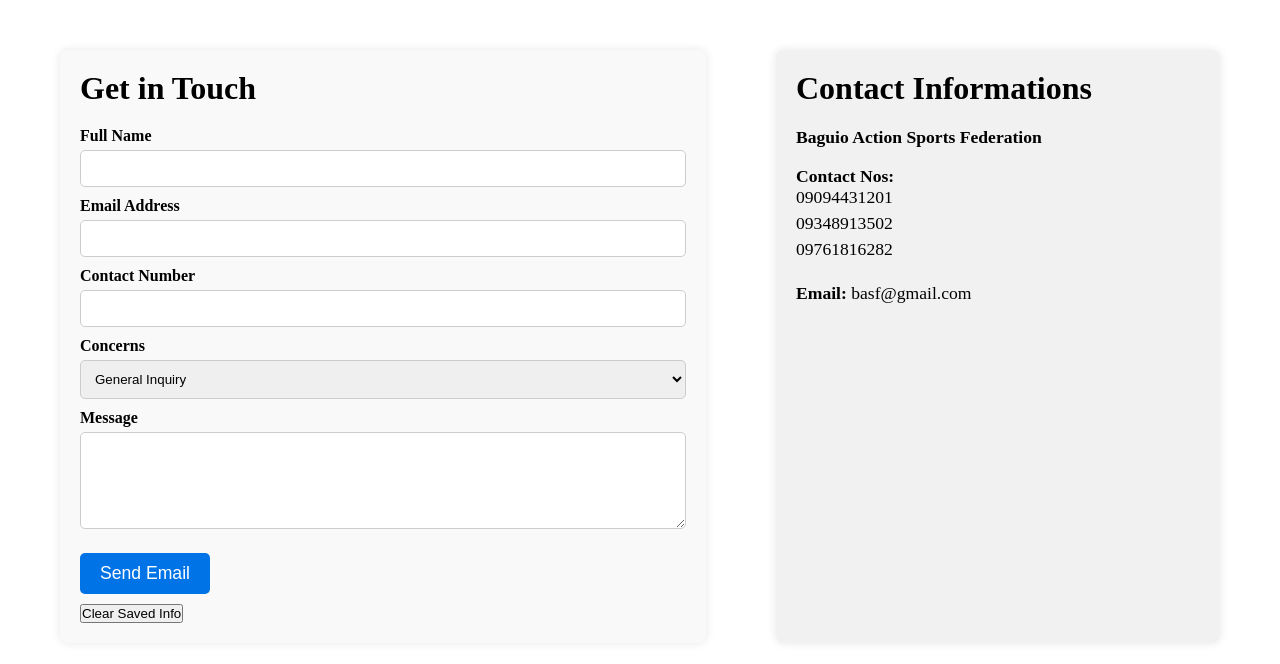
Repository: KharonKade/Capstone
Page: contactUs.html
An editor plug-in stored every save of this project. The page is shown before and after the next save, followed by the edit.
The browser window is 1280 px wide. The pictures show the part of the page from y = 300 to 964 px (the page is 1561 px tall before and 1532 px after).
A picture or video elsewhere on the page could not be fetched, so the positions and the page height are approximate.

Above is the page before, as saved 2025-02-28 08:51:34.

### contactUs.html
<!DOCTYPE html>
<html lang="en">
<head>
    <meta charset="UTF-8">
    <meta name="viewport" content="width=device-width, initial-scale=1.0">
    <title>Contact Us Page</title>
    <link rel="stylesheet" href="Css/contactUs.css">
</head>
<body>
    <header>
        <nav class="navbar">
            <img src="images/logo.png" alt="BASF Logo" class="logo">
            <div class="nav-center">
                <ul class="nav-links">
                    <li><a href="index.php">Home</a></li>
                    <li><a href="spots.html">Spots</a></li>
                    <li><a href="event.php">Events</a></li>
                    <li><a href="gallery.html">Gallery</a></li>
                    <li><a href="sponsorship.html">Sponsorship</a></li>
                    <li><a href="contactUs.html">Contact Us</a></li>
                </ul>
            </div>
        </nav>
    </header>

    <section class="event-hero">
        <div class="event-hero-content">
            <h1>Contact Us</h1>
            <h2>Questions & Inqueries</h2>
        </div>
    </section>

    <section class="contact-container">
        <!-- Left Side: Contact Form -->
        <div class="contact-form">
            <h3>Get in Touch</h3>
            <form action="sendEmail.php" method="post">
                <label for="fullName">Full Name</label>
                <input type="text" id="fullName" name="fullName" required>

                <label for="email">Email Address</label>
                <input type="email" id="email" name="email" required>

                <label for="contactNumber">Contact Number</label>
                <input type="tel" id="contactNumber" name="contactNumber" required>

                <label for="concerns">Concerns</label>
                <select id="concerns" name="concerns" required>
                    <option value="General Inquiry">General Inquiry</option>
                    <option value="Event Inquiry">Event Inquiry</option>
                    <option value="Sponsorship Inquiry">Sponsorship Inquiry</option>
                    <option value="Feedback">Feedback</option>
                </select>

                <label for="message">Message</label>
                <textarea id="message" name="message" rows="5" required></textarea>

                <button type="submit" class="send-email-button">Send Email</button>
            </form>
        </div>

        <!-- Right Side: Contact Details -->
        <div class="contact-details">
            <h3>Contact Informations</h3>
            <p><strong> Baguio Action Sports Federation</strong></p>
            <br>
            <p><strong>Contact Nos:</strong></p>
            <ul>
                <li>09094431201</li>
                <li>09348913502</li>
                <li>09761816282</li>
            </ul>
            <br>
            <p><strong>Email:</strong> basf@gmail.com</p>
        </div>
    </section>

    <div class="advertisement">
        <a href="https://www.vans.com/en-us/shoes-c00081/old-skool-shoe-pvn000d3hy28" target="_blank">
            <div class="ad-container">
                <img src="images/vansads.png" alt="Advertisement">
                <span class="ad-label">Ads</span>
            </div>
        </a>
    </div>

    <footer class="footer">
        <!-- BASF Logo Section -->
        <div class="footer-section logo-section">
            <img src="images/logo.png" alt="BASF Logo" class="footer-logo">
        </div>

        <!-- Explore Us Section -->
        <div class="footer-section explore-section">
            <h3>Explore Us</h3>
            <ul>
                <li><a href="index.html">Home</a></li>
                <li><a href="skateboard.html">Skateboarding</a></li>
                <li><a href="inline.html">In-Line</a></li>
                <li><a href="bmx.html">BMX</a></li>
                <li><a href="spots.html">Spots</a></li>
                <li><a href="event.html">Events</a></li>
                <li><a href="gallery.html">Gallery</a></li>
                <li><a href="sponsorship.html">Sponsorship</a></li>
                <li><a href="contactUs.html">Contact Us</a></li>
            </ul>
        </div>

        <!-- Contact Us Section -->
        <div class="footer-section contact-section">
            <h3>Contact Us</h3>
            <ul>
                <li>09094431201</li>
                <li>09348913502</li>
                <li>09761816282</li>
                <li>basf@gmail.com</li>
            </ul>
        </div>

        <!-- Connect with Us Section -->
        <div class="footer-section social-section">
            <h3>Connect with us</h3>
            <div class="social-icons">
                <a href="https://facebook.com"><img src="images/fblogo.png" alt="Facebook"></a>
                <a href="https://instagram.com"><img src="images/iglogo.png" alt="Instagram"></a>
            </div>
        </div>

        <!-- Supported by Section -->
        <div class="footer-section supported-section">
            <h3>Supported by</h3>
            <img src="images/vanlogo.png" alt="Sponsor Logo" class="sponsor-logo">
        </div>
    </footer>
    <script>
        document.addEventListener("DOMContentLoaded", function () {
            // Select form elements
            const fullNameField = document.getElementById("fullName");
            const emailField = document.getElementById("email");
            const contactNumberField = document.getElementById("contactNumber");

            // Retrieve stored data when the page loads
            if (localStorage.getItem("fullName")) {
                fullNameField.value = localStorage.getItem("fullName");
            }
            if (localStorage.getItem("email")) {
                emailField.value = localStorage.getItem("email");
            }
            if (localStorage.getItem("contactNumber")) {
                contactNumberField.value = localStorage.getItem("contactNumber");
            }

            // Save input data to local storage when users type
            fullNameField.addEventListener("input", function () {
                localStorage.setItem("fullName", this.value);
            });

            emailField.addEventListener("input", function () {
                localStorage.setItem("email", this.value);
            });

            contactNumberField.addEventListener("input", function () {
                localStorage.setItem("contactNumber", this.value);
            });

            // Optional: Button to clear saved data
            const clearButton = document.createElement("button");
            clearButton.innerText = "Clear Saved Info";
            clearButton.style.marginTop = "10px";
            clearButton.type = "button"; // Prevent form submission
            document.querySelector(".contact-form").appendChild(clearButton);

            clearButton.addEventListener("click", function () {
                localStorage.removeItem("fullName");
                localStorage.removeItem("email");
                localStorage.removeItem("contactNumber");
                fullNameField.value = "";
                emailField.value = "";
                contactNumberField.value = "";
            });
        });
    </script>

</body>
</html>

### Css/contactUs.css
/* Reset Styles */
* {
    margin: 0;
    padding: 0;
    box-sizing: border-box;
}

/* Header Styling */
header {
    background-color: rgba(255, 255, 255, 0.6); /* White with low transparency */
    padding: 10px 20px;
    position: fixed;
    top: 0;
    width: 100%;
    z-index: 1000;
}

/* Navbar */
.navbar {
    display: flex;
    align-items: center;
    justify-content: center;
}

/* Logo */
.logo {
    height: 50px;
    margin-right: auto; /* Adjust the size based on your logo */
}

/* Navigation Links */
.nav-links {
    list-style: none;
    display: flex;
    gap: 80px;
    margin-top: 50px;
}

.nav-links a {
    text-decoration: none;
    color: #000; /* Adjust color as needed */
    font-weight: bold;
    font-size: larger;
}

.nav-center {
    display: flex;
    justify-content: center;
    flex-grow: 1;
}

.nav-links a:hover {
    color: #0073e6; /* Highlight color on hover */
}

.event-hero {
    background-image: url('../images/bg.png'); /* Add your background image here */
    background-size: cover;
    background-position: center;
    height: 300px; /* Adjusted height */
    display: flex;
    align-items: center;
    justify-content: center;
    position: relative;
    color: #fff;
}

.event-hero-content {
    text-align: center;
}

.event-hero h1 {
    font-size: 7rem;
    margin-top: 30px;
}

.event-hero h2 {
    font-size: 3rem;
    font-weight: 300;
}

/* Contact Container */
.contact-container {
    display: flex;
    max-width: 1200px;
    margin: 0 auto;
    padding: 50px 20px;
    gap: 70px;
}

/* Contact Form */
.contact-form {
    flex: 3;
    background-color: #f9f9f9;
    padding: 20px;
    border-radius: 8px;
    box-shadow: 0px 0px 10px rgba(0, 0, 0, 0.1);
}

.contact-form h3 {
    font-size: 2rem;
    margin-bottom: 20px;
}

.contact-form label {
    display: block;
    margin-top: 10px;
    font-weight: bold;
}

.contact-form input,
.contact-form select,
.contact-form textarea {
    width: 100%;
    padding: 10px;
    margin-top: 5px;
    border-radius: 5px;
    border: 1px solid #ccc;
}

.send-email-button {
    margin-top: 20px;
    padding: 10px 20px;
    font-size: 1.1rem;
    color: #fff;
    background-color: #0073e6;
    border: none;
    border-radius: 5px;
    cursor: pointer;
}

.send-email-button:hover {
    background-color: #005bb5;
}

/* Contact Details */
.contact-details {
    flex: 2;
    background-color: #f1f1f1;
    padding: 20px;
    border-radius: 8px;
    box-shadow: 0px 0px 10px rgba(0, 0, 0, 0.1);
}

.contact-details h3 {
    font-size: 2rem;
    margin-bottom: 20px;
}

.contact-details p, .contact-details ul {
    font-size: 1.1rem;
}

.contact-details ul {
    list-style-type: none;
    padding-left: 0;
}

.contact-details ul li {
    margin-bottom: 5px;
}

/* Advertisement Section */
.advertisement {
    text-align: center;
    padding: 20px 0;
}

.ad-container {
    position: relative;
    display: inline-block;
    width: 300px; /* Set the size of the ad image */
    height: auto;
}

.ad-container img {
    width: 100%;
    border-radius: 10px; /* Optional: rounded corners */
    display: block;
}

.ad-label {
    position: absolute;
    top: 8px;
    right: 8px;
    background-color: rgba(0, 0, 0, 0.7); /* Semi-transparent black background */
    color: white;
    padding: 2px 6px;
    font-size: 12px;
    border-radius: 3px;
    font-weight: bold;
    text-transform: uppercase;
}

/* Footer Styling */
.footer {
    display: flex;
    justify-content: space-around;
    padding: 20px;
    background-color: #333;
    color: #fff;
    flex-wrap: wrap; /* Ensures it wraps on smaller screens */
}

.footer-section {
    flex: 1;
    margin: 10px;
    text-align: center;
}

.footer-section h3 {
    font-size: 1.2em;
    margin-bottom: 10px;
    color: #f2f2f2;
}

.footer-section ul {
    list-style: none;
    padding: 0;
}

.footer-section li {
    margin: 5px 0;
}

.footer-section a {
    color: #ddd;
    text-decoration: none;
    transition: color 0.3s;
}

.footer-section a:hover {
    color: #fff;
}

.footer-logo {
    width: 200px;
    margin-top: 90px;
}

.social-icons img {
    width: 40px;
    height: 40px;
    margin: 0 5px;
}

.sponsor-logo {
    width: 100px;
    margin-top: 10px;
}

/* Responsive Footer */
@media (max-width: 768px) {
    .footer {
        flex-direction: column;
        text-align: center;
    }
}

After the next save:
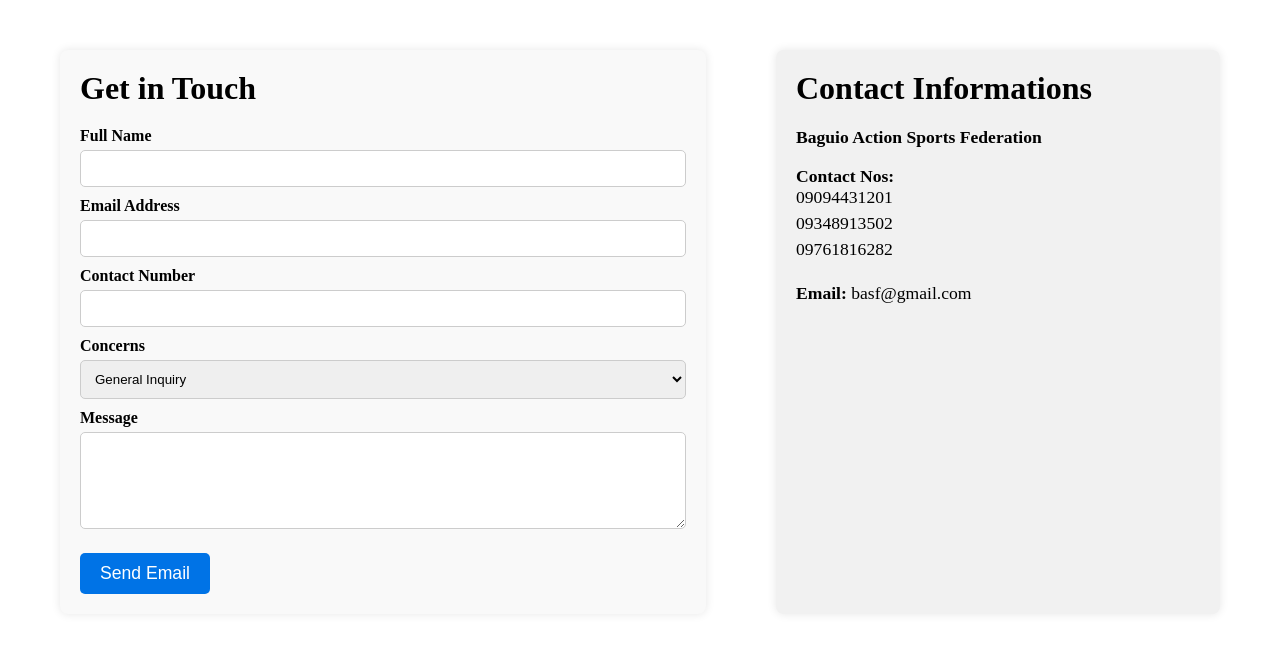
Console error: ReferenceError: Cannot access 'clearButton' before initialization
Saved 2 min 50 s later.
--- a/contactUs.html
+++ b/contactUs.html
@@ -135,6 +135,7 @@
     <script>
         document.addEventListener("DOMContentLoaded", function () {
             // Select form elements
+            clearButton.classList.add("clear-button");
             const fullNameField = document.getElementById("fullName");
             const emailField = document.getElementById("email");
             const contactNumberField = document.getElementById("contactNumber");
